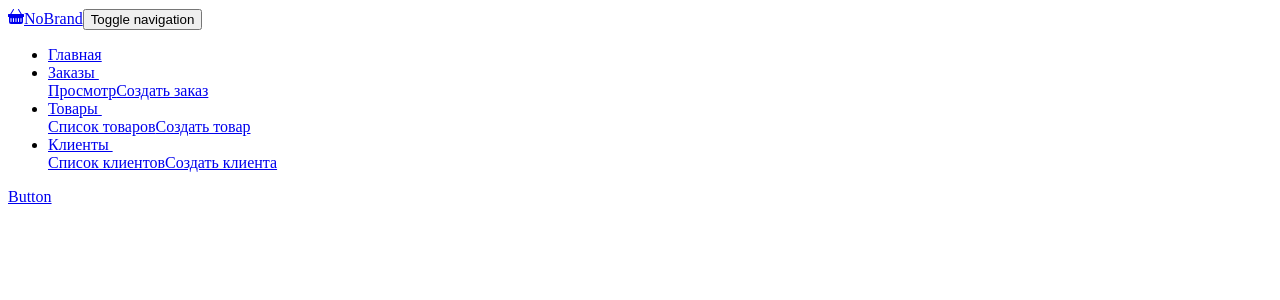
Repository: smartsoltech/seminar2
Page: shop/templates/menu.html
An editor plug-in stored every save of this project. The page is shown before and after the next save, followed by the edit.
The browser window is 1280 px wide. The pictures show the whole page.

Above is the page before, as saved 2024-01-16 10:43:05.

After the next save:
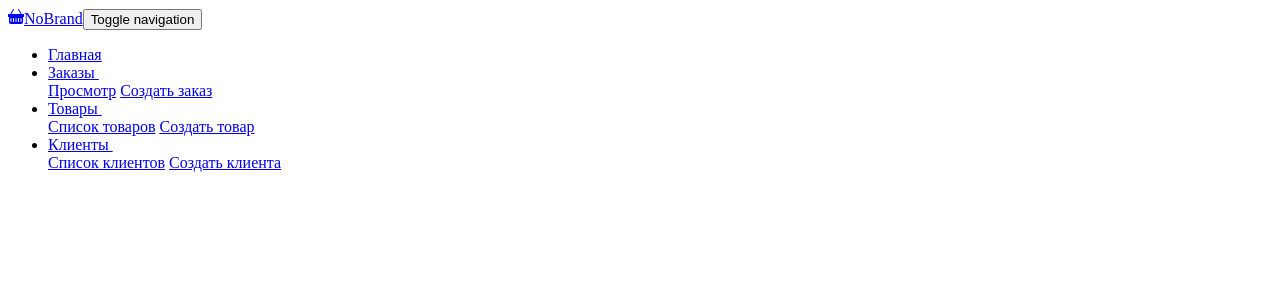
Saved 2 min 1 s later.
--- a/shop/templates/menu.html
+++ b/shop/templates/menu.html
@@ -5,16 +5,27 @@
         <div class="collapse navbar-collapse" id="navcol-2">
             <ul class="navbar-nav ms-auto">
                 <li class="nav-item"><a class="nav-link" href="/">Главная</a></li>
-                <li class="nav-item dropdown"><a class="dropdown-toggle nav-link" aria-expanded="false" data-bs-toggle="dropdown" href="orders">Заказы&nbsp;</a>
-                    <div class="dropdown-menu"><a class="dropdown-item" href="orders">Просмотр</a><a class="dropdown-item" href="order_create">Создать заказ</a></div>
+                <li class="nav-item dropdown">
+                    <a class="dropdown-toggle nav-link" aria-expanded="false" data-bs-toggle="dropdown" href="orders">Заказы&nbsp;</a>
+                    <div class="dropdown-menu">
+                        <a class="dropdown-item" href="orders">Просмотр</a>
+                        <a class="dropdown-item" href="order_create">Создать заказ</a>
+                    </div>
                 </li>
-                <li class="nav-item dropdown"><a class="dropdown-toggle nav-link" aria-expanded="false" data-bs-toggle="dropdown" href="products">Товары&nbsp;</a>
-                    <div class="dropdown-menu"><a class="dropdown-item" href="products">Список товаров</a><a class="dropdown-item" href="product_create">Создать товар</a></div>
+                <li class="nav-item dropdown">
+                    <a class="dropdown-toggle nav-link" aria-expanded="false" data-bs-toggle="dropdown" href="products">Товары&nbsp;</a>
+                    <div class="dropdown-menu">
+                        <a class="dropdown-item" href="products">Список товаров</a>
+                        <a class="dropdown-item" href="product_create">Создать товар</a>
+                    </div>
                 </li>
-                <li class="nav-item dropdown"><a class="dropdown-toggle nav-link" aria-expanded="false" data-bs-toggle="dropdown" href="clients">Клиенты&nbsp;</a>
-                    <div class="dropdown-menu"><a class="dropdown-item" href="clients">Список клиентов</a><a class="dropdown-item" href="client_create">Создать клиента</a></div>
+                <li class="nav-item dropdown">
+                    <a class="dropdown-toggle nav-link" aria-expanded="false" data-bs-toggle="dropdown" href="clients">Клиенты&nbsp;</a>
+                    <div class="dropdown-menu">
+                        <a class="dropdown-item" href="clients">Список клиентов</a>
+                        <a class="dropdown-item" href="client_create">Создать клиента</a>
+                    </div>
                 </li>
-            </ul><a class="btn btn-primary ms-md-2" role="button" href="#">Button</a>
         </div>
     </div>
 </nav>
